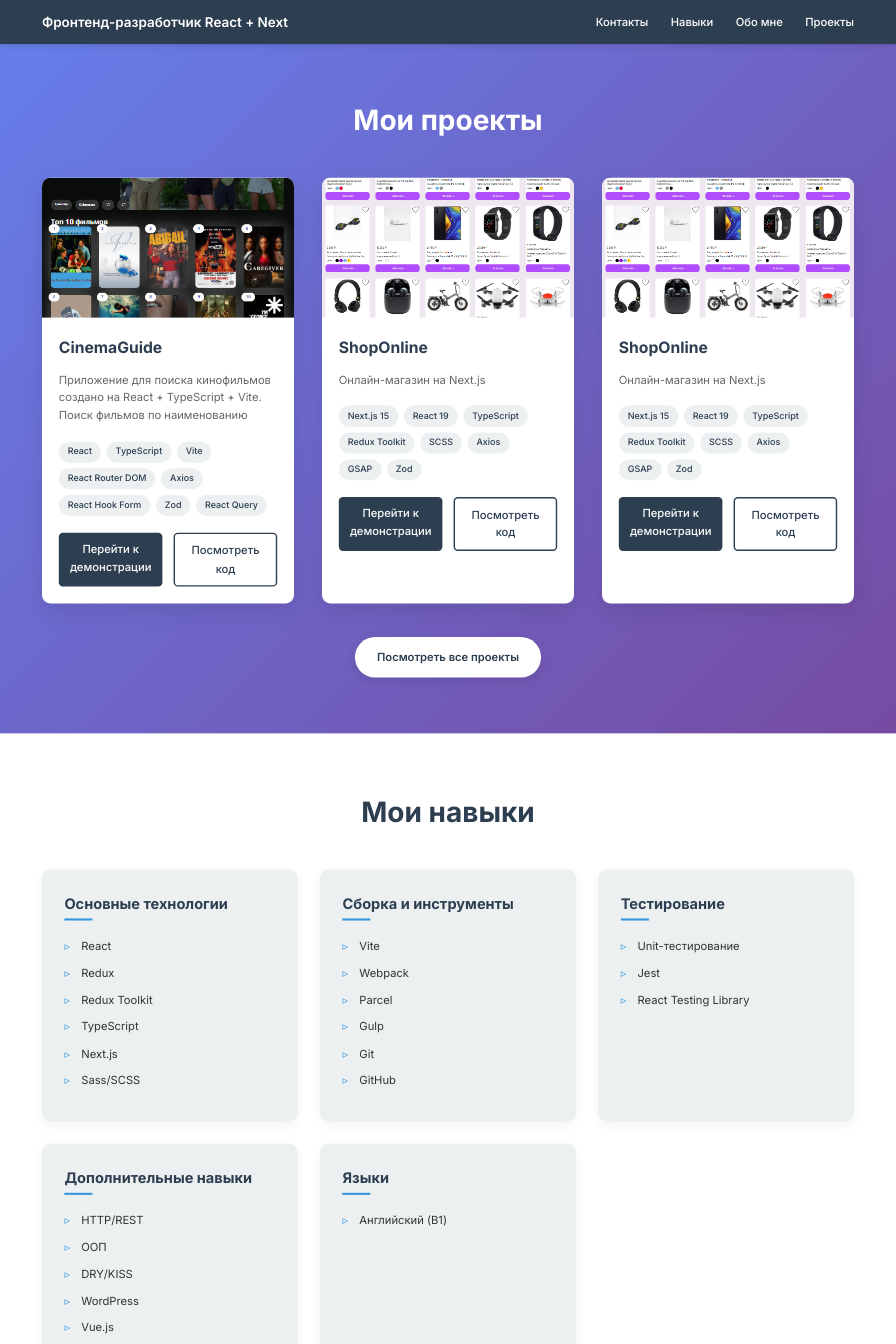
Repository: RostislavZeberg/resume-app
Page: /
These files come from the project's save history. The page is drawn as it stood at one moment and after the next save; the edit follows.
The browser window is 1280 px wide. The pictures show the part of the page from y = 0 to 1920 px (the page is 3604 px tall), at 70% of full size.
The project was rebuilt for these pictures with package versions that can differ from the ones it lists, and the page was loaded fresh each time. The framework's server and built-in components were replaced by stand-ins that run in the browser. Also part of the build but not shown: next.config.ts.

Above is the page before, as saved 2025-09-18 13:45:22.

### pages/_app.tsx
import type { AppProps } from 'next/app';
import '../styles/globals.scss';
import Head from 'next/head';

function MyApp({ Component, pageProps }: AppProps) {
  return (
    <>
      <Head>
        <meta name="viewport" content="width=device-width, initial-scale=1" />
        <meta name="theme-color" content="#2c3e50" />
        <meta name="description" content="Резюме фронтенд-разработчика React с 5+ годами опыта. Специализация: React, TypeScript, Next.js, Redux Toolkit." />
        <meta name="keywords" content="React, TypeScript, Next.js, фронтенд-разработчик, резюме" />
        <meta property="og:title" content="Фронтенд-разработчик React" />
        <meta property="og:description" content="Резюме фронтенд-разработчика React с 5+ годами опыта" />
        <meta property="og:type" content="website" />
        <link rel="icon" href="/favicon.ico" />
      </Head>
      <Component {...pageProps} />
    </>
  );
}

export default MyApp;

### pages/_document.tsx
import { Html, Head, Main, NextScript } from 'next/document';

export default function Document() {
  return (
    <Html lang="ru">
      <Head>
        <link rel="preconnect" href="https://fonts.googleapis.com" />
        <link rel="preconnect" href="https://fonts.gstatic.com" crossOrigin="anonymous" />
        <link href="https://fonts.googleapis.com/css2?family=Inter:wght@300;400;500;600;700&display=swap" rel="stylesheet" />

        {/* Фавикон */}
        <link rel="icon" href="/favicon.ico" sizes="any" />
        <link rel="icon" href="/favicon.svg" type="image/svg+xml" />
        <link rel="apple-touch-icon" href="/apple-touch-icon.png" />
        <link rel="manifest" href="/manifest.webmanifest" />

        {/* Мета-теги */}
        <meta name="theme-color" content="#2c3e50" />
        <meta name="description" content="Резюме фронтенд-разработчика React с 5+ годами опыта. Специализация: React, TypeScript, Next.js, Redux Toolkit." />
        <meta name="keywords" content="React, TypeScript, Next.js, фронтенд-разработчик, резюме" />
      </Head>
      <body>
        <Main />
        <NextScript />
      </body>
    </Html>
  );
}

### pages/index.tsx
import Head from 'next/head';
import { NextPage } from 'next';
import Contacts from '../components/Sections/Contacts';
import Skills from '../components/Sections/Skills';
import About from '../components/Sections/About';
import Projects from '../components/Sections/Projects';
import Header from '../components/Layout/Header';

const Home: NextPage = () => {
  return (
    <>
      <Head>
        <title>Фронтенд-разработчик React | Резюме</title>
        <meta name="description" content="Резюме фронтенд-разработчика React с 5+ годами опыта. Специализация: React, TypeScript, Next.js, Redux Toolkit." />
        <meta name="keywords" content="React, TypeScript, Next.js, фронтенд-разработчик, резюме" />
        <meta property="og:title" content="Фронтенд-разработчик React" />
        <meta property="og:description" content="Резюме фронтенд-разработчика React с 5+ годами опыта" />
        <meta property="og:type" content="website" />
        <link rel="icon" href="/favicon.ico" />
      </Head>

      <Header />
      <main>
        <Projects />
        <Skills />
        <About />
        <Contacts />
      </main>
    </>
  );
};

export default Home;

### styles/globals.scss
// Переменные и миксины
@import './variables.scss';
@import './mixins';

// Глобальные стили
* {
  box-sizing: border-box;
  margin: 0;
  padding: 0;
}

html {
  scroll-behavior: smooth;
  scroll-padding-top: 60px;
}

body {
  font-family: 'Inter', 'Arial', sans-serif;
  line-height: 1.6;
  color: $text-color;
  background-color: $background-color;
  padding-top: 60px;
}

.container {
  max-width: 1200px;
  margin: 0 auto;
  padding: 0 20px;
}

section {
  padding: 80px 0;

  h2 {
    text-align: center;
    margin-bottom: 50px;
    font-size: 2.5rem;
    color: $primary-color;
  }
}

// Анимации
@keyframes fadeIn {
  from {
    opacity: 0;
    transform: translateY(20px);
  }
  to {
    opacity: 1;
    transform: translateY(0);
  }
}

.fade-in {
  animation: fadeIn 0.6s ease forwards;
}

// Адаптивность
@include desktop {
  .container {
    max-width: 1200px;
  }
}

@include tablet {
  .container {
    max-width: 100%;
    padding: 0 15px;
  }

  section {
    padding: 60px 0;

    h2 {
      font-size: 2rem;
      margin-bottom: 40px;
    }
  }
}

@include mobile {
  .container {
    padding: 0 10px;
  }

  section {
    padding: 40px 0;

    h2 {
      font-size: 1.8rem;
      margin-bottom: 30px;
    }
  }
}

### components/Sections/Contacts.tsx
import React from 'react';
import Icon from '../UI/Icon';
import styles from '../../styles/sections/contacts.module.scss';
import { contacts } from '@/info/contacts';

const Contacts: React.FC = () => {

  return (
    <section id="contacts" className={styles.contacts}>
      <div className="container">
        <h2>Контакты</h2>
        <div className={styles.contactsGrid}>
          {contacts.map((contact, index) => (
            <a
              key={index}
              href={contact.href}
              className={styles.contactItem}
              target="_blank"
              rel="noopener noreferrer"
            >
              <Icon name={contact.icon} className={styles.contactIcon} />
              <span>{contact.text}</span>
            </a>
          ))}
        </div>
      </div>
    </section>
  );
};

export default Contacts;

### components/Sections/Skills.tsx
import React from 'react';
import styles from '../../styles/sections/skills.module.scss';

const Skills: React.FC = () => {
  const skillCategories = [
    {
      title: 'Основные технологии',
      skills: ['React', 'Redux', 'Redux Toolkit', 'TypeScript', 'Next.js', 'Sass/SCSS']
    },
    {
      title: 'Сборка и инструменты',
      skills: ['Vite', 'Webpack', 'Parcel', 'Gulp', 'Git', 'GitHub']
    },
    {
      title: 'Тестирование',
      skills: ['Unit-тестирование', 'Jest', 'React Testing Library']
    },
    {
      title: 'Дополнительные навыки',
      skills: ['HTTP/REST', 'ООП', 'DRY/KISS', 'WordPress', 'Vue.js', 'SQL', 'Python', 'Docker', 'Linux']
    },
    {
      title: 'Языки',
      skills: ['Английский (B1)']
    }
  ];

  return (
    <section id="skills" className={styles.skills}>
      <div className="container">
        <h2>Мои навыки</h2>
        <div className={styles.skillsGrid}>
          {skillCategories.map((category, index) => (
            <div key={index} className={styles.skillCategory}>
              <h3>{category.title}</h3>
              <ul>
                {category.skills.map((skill, i) => (
                  <li key={i}>{skill}</li>
                ))}
              </ul>
            </div>
          ))}
        </div>
      </div>
    </section>
  );
};

export default Skills;

### components/Sections/About.tsx
import React from 'react';
import styles from '../../styles/sections/about.module.scss';

const About: React.FC = () => {
  return (
    <section id="about" className={styles.about}>
      <div className="container">
        <h2>Обо мне</h2>
        <div className={styles.aboutContent}>
          <p>
            Усидчив и внимателен к деталям, сосредоточен на выполнении задач, не отвлекаясь на внешние раздражители.
            Мой скрупулезный подход к архитектуре кода, его чистоте и читабельности сводит к минимуму возникновение ошибок
            при дальнейшей эксплуатации проектов.
          </p>
          <p>
            Коммуникабелен и открыт для общения с коллегами, что позволяет эффективно обсуждать проекты и находить оптимальные решения.
            Дисциплинированность помогает мне выстраивать свою работу по четкому плану, всегда выполнять задачи качественно и в срок,
            а также быть требовательным к себе.
          </p>
          <p>
            Инициативность является важной частью моей работы: я не боюсь доводить до руководства свои идеи и предложения по решению проблем.
            Обучаем и стремлюсь к постоянному развитию, ведь IT-отрасль динамично меняется, и изучение новых направлений и тенденций
            в программировании – это важная часть моего профессионального роста.
          </p>
          <p>
            Есть желание работать и развиваться в сфере разработки приложений, которая является частью моего восприятия мира.
            Я наслаждаюсь процессом создания кода и когда вижу результаты своей деятельности.
          </p>
          <p>
            К своим сильным сторонам отношу навыки работы в команде, стремление находить максимально эффективные и эстетичные решения,
            а также способность самостоятельно искать ресурсы для решения проблем и повышения профессионального уровня.
          </p>
          <p>
            Рассматриваю проектную деятельность и удаленную работу.
          </p>
        </div>
      </div>
    </section>
  );
};

export default About;

### components/Sections/Projects.tsx
import React from 'react';
import ProjectCard from '../UI/ProjectCard';
import styles from '../../styles/sections/projects.module.scss';
import { projects } from '@/info/projects';

const Projects: React.FC = () => {
  return (
    <section id="projects" className={styles.projects}>
      <div className="container">
        <h2>Мои проекты</h2>
        <div className={styles.projectsGrid}>
          {projects.map((project, index) => (
            <ProjectCard key={index} project={project} />
          ))}
        </div>
        <div className={styles.viewAll}>
          <a
            href="https://github.com/RostislavZeberg?tab=repositories"
            className={styles.viewAllButton}
            target="_blank"
            rel="noopener noreferrer"
          >
            Посмотреть все проекты
          </a>
        </div>
      </div>
    </section>
  );
};

export default Projects;

### components/Layout/Header.tsx
import React, { useState } from 'react';
import Link from 'next/link';
import styles from '../../styles/layout/header.module.scss';

const Header: React.FC = () => {
  const [isMenuOpen, setIsMenuOpen] = useState(false);

  const toggleMenu = () => {
    setIsMenuOpen(!isMenuOpen);
  };

  return (
    <header className={styles.header}>
      <div className="container">
        <nav className={styles.nav}>
          <div className={styles.logo}>
            <Link href="/">Фронтенд-разработчик React + Next</Link>
          </div>

          <button
            className={`${styles.menuToggle} ${isMenuOpen ? styles.active : ''}`}
            onClick={toggleMenu}
            aria-label="Меню"
          >
            <span></span>
            <span></span>
            <span></span>
          </button>

          <ul className={`${styles.navList} ${isMenuOpen ? styles.active : ''}`}>
            <li><a href="#contacts" onClick={() => setIsMenuOpen(false)}>Контакты</a></li>
            <li><a href="#skills" onClick={() => setIsMenuOpen(false)}>Навыки</a></li>
            <li><a href="#about" onClick={() => setIsMenuOpen(false)}>Обо мне</a></li>
            <li><a href="#projects" onClick={() => setIsMenuOpen(false)}>Проекты</a></li>
          </ul>
        </nav>
      </div>
    </header>
  );
};

export default Header;

### styles/variables.scss
// Цвета
$primary-color: #2c3e50;
$secondary-color: #3498db;
$accent-color: #e74c3c;
$background-color: #f9f9f9;
$text-color: #333;
$light-gray: #ecf0f1;

// Breakpoints
$desktop: 1280px;
$tablet: 1024px;
$small-tablet: 768px;
$mobile: 320px;

### styles/mixins.scss
@mixin desktop {
  @media (min-width: #{$desktop}) {
    @content;
  }
}

@mixin tablet {
  @media (min-width: #{$small-tablet}) and (max-width: #{$tablet}) {
    @content;
  }
}

@mixin small-tablet {
  @media (min-width: #{$mobile}) and (max-width: #{$small-tablet - 1px}) {
    @content;
  }
}

@mixin mobile {
  @media (max-width: #{$mobile}) {
    @content;
  }
}

@mixin flex-center {
  display: flex;
  justify-content: center;
  align-items: center;
}

@mixin card-shadow {
  box-shadow: 0 4px 6px rgba(0, 0, 0, 0.1);
  transition: box-shadow 0.3s ease;

  &:hover {
    box-shadow: 0 10px 20px rgba(0, 0, 0, 0.15);
  }
}

### components/UI/Icon.tsx
import React from 'react';
import Image from 'next/image';

interface IconProps {
  name: string;
  className?: string;
  width?: number;
  height?: number;
}

const Icon: React.FC<IconProps> = ({ name, className = '', width = 24, height = 24 }) => {
  return (
    <Image
      src={`/icons/${name}.svg`}
      alt={`${name} icon`}
      width={width}
      height={height}
      className={className}
    />
  );
};

export default Icon;

### styles/sections/contacts.module.scss
@import '../variables';
@import '../mixins';

.contacts {
  background: linear-gradient(135deg, #f5f7fa 0%, #c3cfe2 100%);
  padding: 100px 0;
}

.contactsGrid {
  display: grid;
  grid-template-columns: repeat(auto-fit, minmax(250px, 1fr));
  gap: 2rem;
  margin-top: 3rem;
}

.contactItem {
  display: flex;
  flex-direction: column;
  align-items: center;
  justify-content: center;
  background: white;
  padding: 2rem;
  border-radius: 12px;
  box-shadow: 0 10px 30px rgba(0, 0, 0, 0.1);
  transition: all 0.3s ease;
  text-decoration: none;
  color: $text-color;

  &:hover {
    transform: translateY(-5px);
    box-shadow: 0 15px 40px rgba(0, 0, 0, 0.15);

    .contactIcon {
      transform: scale(1.1);
    }
  }
}

.contactIcon {
  width: 60px;
  height: 60px;
  margin-bottom: 1rem;
  transition: transform 0.3s ease;
}

// Адаптивность
@include tablet {
  .contactsGrid {
    grid-template-columns: repeat(2, 1fr);
    gap: 1.5rem;
  }
}

@include small-tablet {
  .contactsGrid {
    grid-template-columns: 1fr;
    gap: 1rem;
  }

  .contactItem {
    padding: 1.5rem;
  }
}

@include mobile {
  .contacts {
    padding: 80px 0;
  }

  .contactIcon {
    width: 50px;
    height: 50px;
  }
}

### info/contacts.ts
export const contacts = [
  { icon: 'email', text: 'zeberg@bk.ru', href: 'mailto:zeberg@bk.ru' },
  { icon: 'phone', text: '+7(960)-552-4171', href: 'tel:+79605524171' },
  { icon: 'telegram', text: '@zeberg_jaguar', href: 'https://t.me/zeberg_jaguar' },
  { icon: 'github', text: 'GitHub', href: 'https://github.com/RostislavZeberg?tab=repositories' }
];

### styles/sections/skills.module.scss
@import '../variables';
@import '../mixins';

.skills {
  background-color: white;
}

.skillsGrid {
  display: grid;
  grid-template-columns: repeat(auto-fit, minmax(300px, 1fr));
  gap: 2rem;
}

.skillCategory {
  background: $light-gray;
  padding: 2rem;
  border-radius: 12px;
  box-shadow: 0 5px 15px rgba(0, 0, 0, 0.05);

  h3 {
    color: $primary-color;
    margin-bottom: 1.5rem;
    font-size: 1.3rem;
    position: relative;
    padding-bottom: 0.5rem;

    &::after {
      content: '';
      position: absolute;
      bottom: 0;
      left: 0;
      width: 40px;
      height: 3px;
      background: $secondary-color;
    }
  }

  ul {
    list-style: none;
  }

  li {
    margin-bottom: 0.8rem;
    padding-left: 1.5rem;
    position: relative;

    &::before {
      content: '▹';
      position: absolute;
      left: 0;
      color: $secondary-color;
    }
  }
}

// Адаптивность
@include tablet {
  .skillsGrid {
    grid-template-columns: repeat(2, 1fr);
    gap: 1.5rem;
  }
}

@include small-tablet {
  .skillsGrid {
    grid-template-columns: 1fr;
    gap: 1rem;
  }

  .skillCategory {
    padding: 1.5rem;
  }
}

@include mobile {
  .skillCategory {
    padding: 1.2rem;

    h3 {
      font-size: 1.2rem;
    }
  }
}

### styles/sections/about.module.scss
@import '../variables';
@import '../mixins';

.about {
  background-color: $light-gray;
}

.aboutContent {
  max-width: 800px;
  margin: 0 auto;

  p {
    margin-bottom: 1.5rem;
    line-height: 1.8;
    text-align: justify;
  }
}

// Адаптивность
@include tablet {
  .aboutContent {
    padding: 0 1rem;
  }
}

@include mobile {
  .aboutContent p {
    text-align: left;
  }
}

### components/UI/ProjectCard.tsx
import React from 'react';
import Image from 'next/image';
import styles from '../../styles/ui/project-card.module.scss';

interface Project {
  name: string;
  description: string;
  demoLink: string;
  codeLink: string;
  technologies: string[];
}

interface ProjectCardProps {
  project: Project;
}

const ProjectCard: React.FC<ProjectCardProps> = ({ project }) => {
  return (
    <div className={styles.projectCard}>
      <div className={styles.projectImage}>
        <a href={project.demoLink} target="_blank" rel="noopener noreferrer">
          <Image
            src={`/images/projects/${project.name.toLowerCase()}.jpg`}
            alt={project.name}
            fill
            style={{ objectFit: 'cover' }}
            sizes="(max-width: 768px) 100vw, (max-width: 1200px) 50vw, 33vw"
          />
        </a>
      </div>
      <div className={styles.projectContent}>
        <h3>{project.name}</h3>
        <p>{project.description}</p>
        <div className={styles.technologies}>
          {project.technologies.map((tech, index) => (
            <span key={index} className={styles.techTag}>{tech}</span>
          ))}
        </div>
        <div className={styles.projectActions}>
          <a
            href={project.demoLink}
            className={styles.demoButton}
            target="_blank"
            rel="noopener noreferrer"
          >
            Перейти к демонстрации
          </a>
          <a
            href={project.codeLink}
            className={styles.codeButton}
            target="_blank"
            rel="noopener noreferrer"
          >
            Посмотреть код
          </a>
        </div>
      </div>
    </div>
  );
};

export default ProjectCard;

### styles/sections/projects.module.scss
@import '../variables';
@import '../mixins';

.projects {
  background: linear-gradient(135deg, #667eea 0%, #764ba2 100%);
  color: white;

  h2 {
    color: white;
  }
}

.projectsGrid {
  display: grid;
  grid-template-columns: repeat(auto-fit, minmax(350px, 1fr));
  gap: 2.5rem;
  margin-bottom: 3rem;
}

.viewAll {
  text-align: center;
  margin-top: 3rem;
}

.viewAllButton {
  display: inline-block;
  padding: 1rem 2rem;
  background: white;
  color: $primary-color;
  text-decoration: none;
  border-radius: 30px;
  font-weight: 600;
  transition: all 0.3s ease;
  box-shadow: 0 5px 15px rgba(0, 0, 0, 0.1);

  &:hover {
    transform: translateY(-3px);
    box-shadow: 0 10px 25px rgba(0, 0, 0, 0.2);
    background: $accent-color;
    color: white;
  }
}

// Адаптивность
@include tablet {
  .projectsGrid {
    grid-template-columns: repeat(2, 1fr);
    gap: 2rem;
  }
}

@include small-tablet {
  .projectsGrid {
    grid-template-columns: 1fr;
    gap: 1.5rem;
  }
}

@include mobile {
  .projectsGrid {
    grid-template-columns: 1fr;
    gap: 1.5rem;
  }

  .viewAllButton {
    padding: 0.8rem 1.5rem;
    font-size: 0.9rem;
  }
}

### info/projects.ts
export const projects = [
  {
    name: 'CinemaGuide',
    description: 'Приложение для поиска кинофильмов создано на React + TypeScript + Vite. Поиск фильмов по наименованию',
    demoLink: 'https://rostislavzeberg.github.io/CinemaGuide',
    codeLink: 'https://github.com/RostislavZeberg/CinemaGuide/tree/dev',
    technologies: ['React', 'TypeScript', 'Vite', 'React Router DOM', 'Axios', 'React Hook Form', 'Zod', 'React Query']
  },
  {
    name: 'ShopOnline',
    description: 'Онлайн-магазин на Next.js',
    demoLink: 'https://shop-online-omega.vercel.app/',
    codeLink: 'https://github.com/RostislavZeberg/ShopOnline',
    technologies: ['Next.js 15', 'React 19', 'TypeScript', 'Redux Toolkit', 'SCSS', 'Axios', 'GSAP', 'Zod']
  },
  {
    name: 'ShopOnline',
    description: 'Онлайн-магазин на Next.js',
    demoLink: 'https://shop-online-omega.vercel.app/',
    codeLink: 'https://github.com/RostislavZeberg/ShopOnline',
    technologies: ['Next.js 15', 'React 19', 'TypeScript', 'Redux Toolkit', 'SCSS', 'Axios', 'GSAP', 'Zod']
  },
];

### styles/layout/header.module.scss
@import '../variables';
@import '../mixins';

.header {
  background-color: $primary-color;
  color: white;
  position: fixed;
  top: 0;
  left: 0;
  right: 0;
  z-index: 1000;
  box-shadow: 0 2px 10px rgba(0, 0, 0, 0.1);
}

.nav {
  display: flex;
  justify-content: space-between;
  align-items: center;
  padding: 1rem 0;
}

.logo {
  a {
    color: white;
    text-decoration: none;
    font-weight: 600;
    font-size: 1.2rem;

    &:hover {
      color: $accent-color;
    }
  }
}

.navList {
  display: flex;
  list-style: none;
  gap: 2rem;

  a {
    color: white;
    text-decoration: none;
    font-weight: 500;
    transition: color 0.3s ease;

    &:hover {
      color: $accent-color;
    }
  }
}

.menuToggle {
  display: none;
  flex-direction: column;
  justify-content: space-around;
  width: 2rem;
  height: 2rem;
  background: transparent;
  border: none;
  cursor: pointer;
  padding: 0;

  span {
    width: 2rem;
    height: 0.25rem;
    background: white;
    border-radius: 10px;
    transition: all 0.3s linear;
    position: relative;
    transform-origin: 1px;
  }
}

// Адаптивность
@include tablet {
  .navList {
    gap: 1.5rem;
  }
}

@include small-tablet {
  .menuToggle {
    display: flex;
    z-index: 1001;
  }

  .navList {
    position: fixed;
    top: 0;
    right: 0;
    height: 100vh;
    width: 70%;
    background: $primary-color;
    flex-direction: column;
    justify-content: center;
    align-items: center;
    transform: translateX(100%);
    transition: transform 0.3s ease-in-out;

    &.active {
      transform: translateX(0);
    }
  }

  .menuToggle.active {
    span:nth-child(1) {
      transform: rotate(45deg);
    }

    span:nth-child(2) {
      opacity: 0;
    }

    span:nth-child(3) {
      transform: rotate(-45deg);
    }
  }
}

@include mobile {
  .logo a {
    font-size: 1rem;
  }
}

Loaded but not shown: styles/ui/project-card.module.scss (137 lines, source omitted)

After the next save:
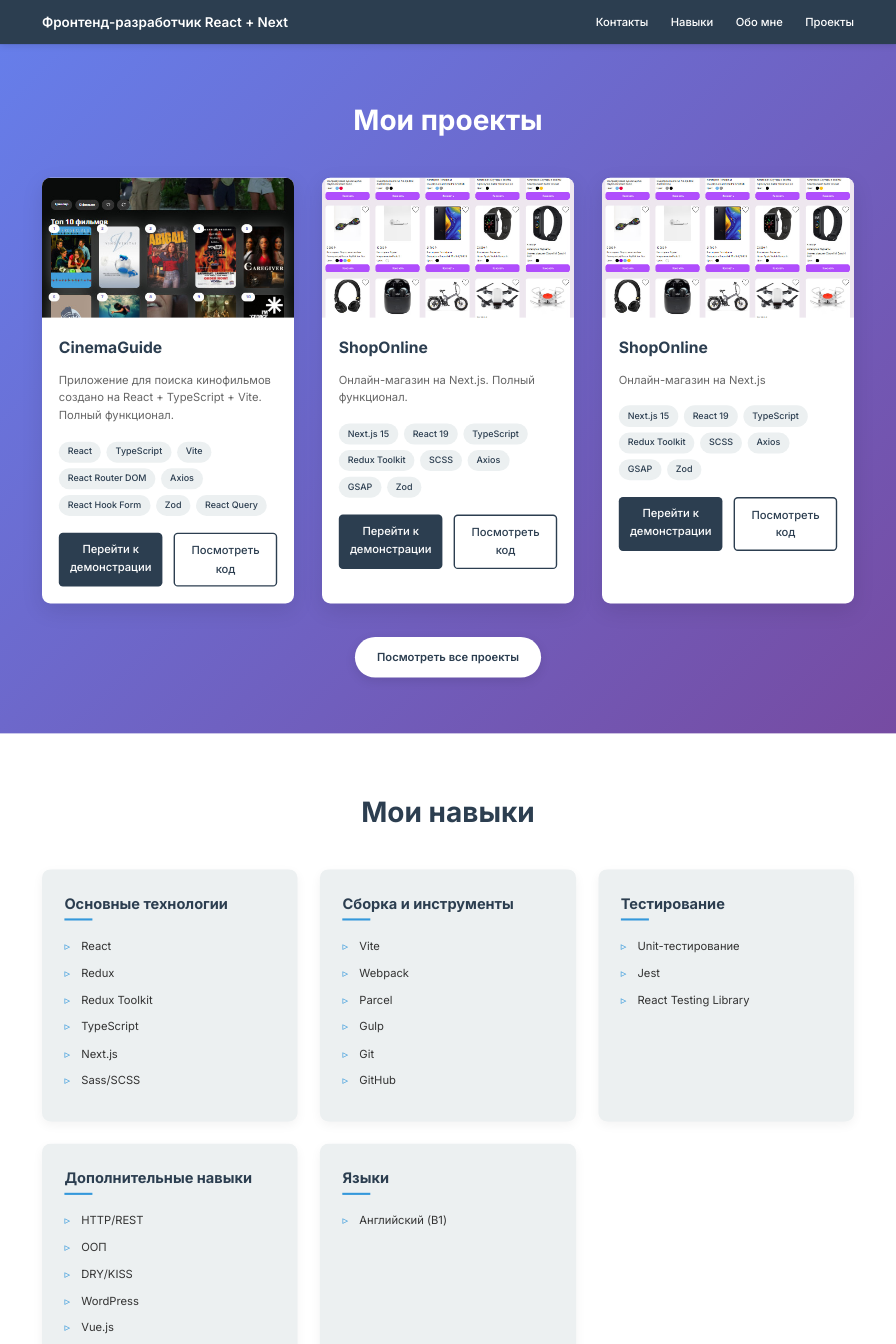
Saved 2 min 18 s later.
--- a/info/projects.ts
+++ b/info/projects.ts
@@ -1,14 +1,14 @@
 export const projects = [
   {
     name: 'CinemaGuide',
-    description: 'Приложение для поиска кинофильмов создано на React + TypeScript + Vite. Поиск фильмов по наименованию',
+    description: 'Приложение для поиска кинофильмов создано на React + TypeScript + Vite. Полный функционал.',
     demoLink: 'https://rostislavzeberg.github.io/CinemaGuide',
     codeLink: 'https://github.com/RostislavZeberg/CinemaGuide/tree/dev',
     technologies: ['React', 'TypeScript', 'Vite', 'React Router DOM', 'Axios', 'React Hook Form', 'Zod', 'React Query']
   },
   {
     name: 'ShopOnline',
-    description: 'Онлайн-магазин на Next.js',
+    description: 'Онлайн-магазин на Next.js. Полный функционал.',
     demoLink: 'https://shop-online-omega.vercel.app/',
     codeLink: 'https://github.com/RostislavZeberg/ShopOnline',
     technologies: ['Next.js 15', 'React 19', 'TypeScript', 'Redux Toolkit', 'SCSS', 'Axios', 'GSAP', 'Zod']
